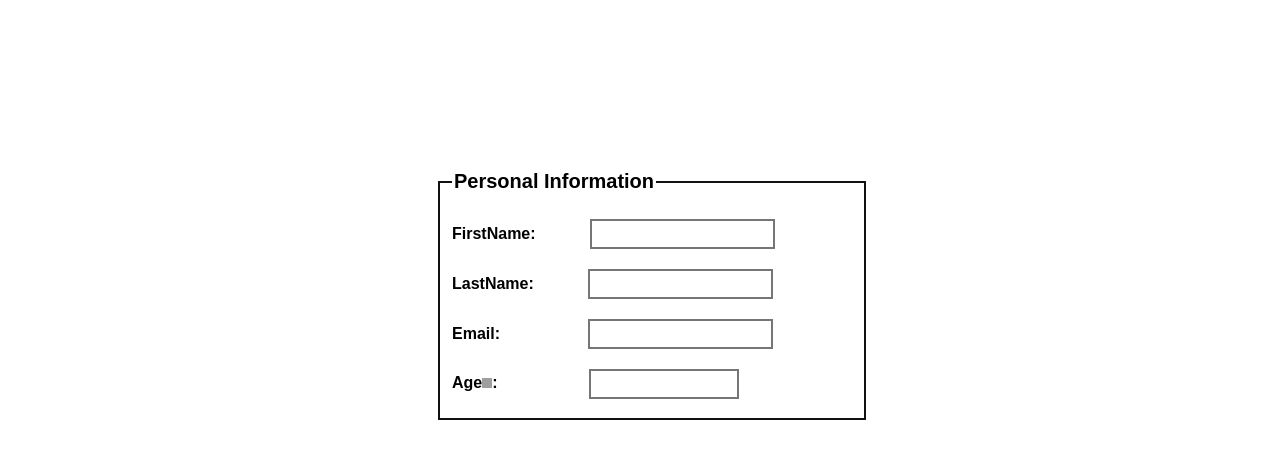
Repository: Femi007-gh/Legend
Page: index.html
These files come from the project's save history. The page is drawn as it stood at one moment and after the next save; the edit follows.
The browser window is 1280 px wide. The pictures show the whole page.
Pictures or frames that could not be fetched are drawn as grey boxes.

Above is the page before, as saved 2025-04-04 17:11:28.

### index.html
<html>
  <head>
    <title>LEGEND</title>
    <link rel="stylesheet" href="style.css">
  </head>
  <body>
    <form>
      <fieldset class="field">
        <legend class="ld">Personal Information</legend>
        <label class="first">FirstName:</label>
        <input type="text" class="FN"><br>

        <label class="last">LastName:</label>
        <input type="text" class="LN"> <br>

        <label class="mail">Email:</label>
        <input type="text" class="email"> <br>

        <label class="yourage">Age<img src="doc.jpg" class="doc">:</label>
        <input type="text" class="age"> <br>
      </fieldset>
    </form>
  </body>
</html>

### style.css
body {
  font-family:Arial, Helvetica, sans-serif;
  font-weight: bold;
}

.ld {
  font-size: 20px;
}

.doc {
  height: 10px;
  width: 10px;
}

.field {
  border: 2px solid #111;
  width: 400px;
  height: 230px;
  margin-left: 430px;
  margin-top: 170px;
}

.FN {
  margin-top: 20px;
  margin-left: 50px;
  border-style: solid;
  height: 30px;
}

.LN {
  margin-top: 20px;
  margin-left: 50px;
  border-style: solid;
  height: 30px;
}

.email {
  margin-top: 20px;
  margin-left:84px;
  height: 30px;
  border-style: solid;
}

.age {
  margin-top: 20px;
  margin-left: 87px;
  border-style: solid;
  height: 30px;
  width: 150px;
}

After the next save:
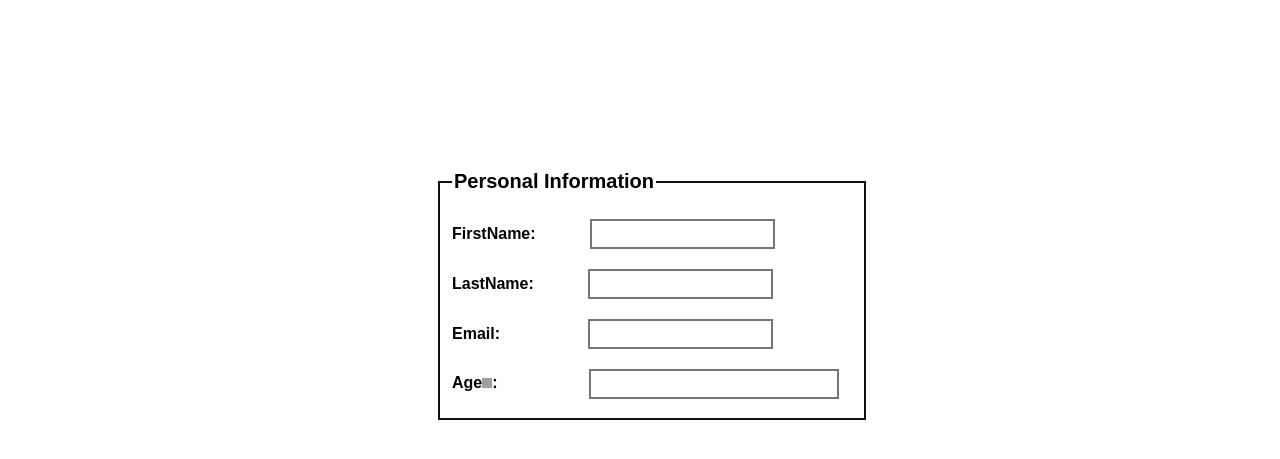
Saved 6 s later.
--- a/style.css
+++ b/style.css
@@ -46,5 +46,5 @@ body {
   margin-left: 87px;
   border-style: solid;
   height: 30px;
-  width: 150px;
+  width: 250px;
 }
